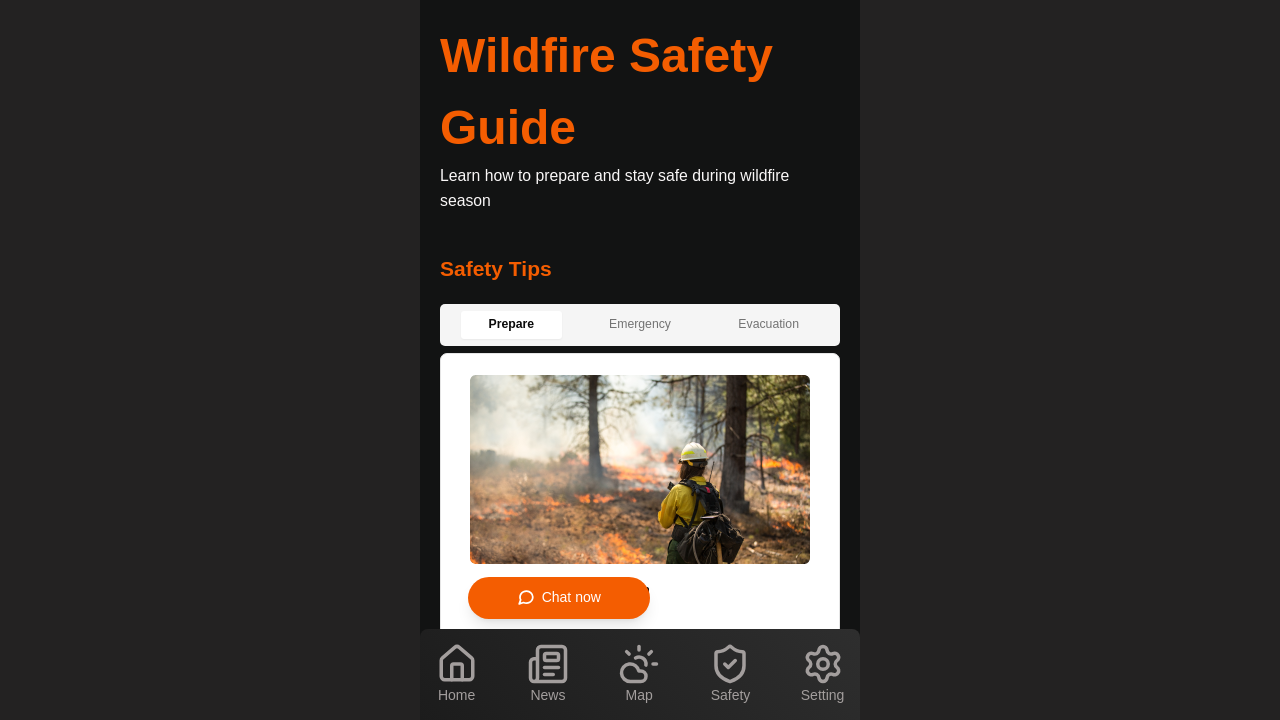
Repository: BCITKevin/Flare_IDSP
Page: /safety
An editor plug-in stored every save of this project. The page is shown before and after the next save, followed by the edit.
The browser window is 1280 px wide. The pictures show the whole page.
An inner scrolling area shows only its first screen. Some web fonts or font styles are not loaded; a fallback is used. The project was rebuilt for these pictures with package versions that can differ from the ones it lists, and the page was loaded fresh each time. The framework's server and built-in components were replaced by stand-ins that run in the browser. Also part of the build but not shown: next.config.js, next.config.mjs.

Above is the page before, as saved 2024-11-30 03:45:01.

### src/app/layout.tsx
import type { Metadata } from "next";
import Script from 'next/script';
import "./globals.css";
import { BrowserRouter } from "react-router-dom";

export const metadata: Metadata = {
  title: "Flare",
  description: "Flare is disaster response platform.",
  manifest: "/manifest.json",
};

export default function RootLayout({
  children,
}: Readonly<{
  children: React.ReactNode;
}>) {
  return (
    <html lang="en">
        <head>
          <link rel="manifest" href="/manifest.json" />
          <link rel="icon" href="/favicon.ico" />
          <link rel="apple-touch-icon" href="/images/logo-192x192.png" />
          <link
            rel="stylesheet"
            href="https://cdnjs.cloudflare.com/ajax/libs/leaflet/1.9.4/leaflet.min.css"
            crossOrigin=""
          />
        </head>
        <body
          className={`antialiased`}
        >
          {children}
          <Script
            src="https://cdnjs.cloudflare.com/ajax/libs/leaflet/1.9.4/leaflet.min.js"
            strategy="beforeInteractive"
            crossOrigin=""
          />
        </body>
    </html>
  );
}

### src/app/safety/page.tsx
'use client';

import { Tabs, TabsContent, TabsList, TabsTrigger } from "@/components/ui/tabs";
import {
    Card,
    CardContent,
    // CardDescription,
    // CardFooter,
    CardHeader,
    // CardTitle,
} from "@/components/ui/card"
import styles from "./safety.module.css"
import { Backpack, Map, Flag } from "lucide-react";
import prepareHero from "../public/images/prepareHero.png"
import evacHero from "../public/images/EvacHero.png"
import emergencyHero from "../public/images/EmergencyHero.png"
import BottomNavBar from "@/components/BottomNavBar/BottomNavBar";
import React from "react";

import { useState } from "react";
import Image from "next/image";

type Message = {
    text: string;
    sender: string;
};

// Card can be reformatted into a reusable component

export default function Safety() {
    const [showChat, setShowChat] = useState(false);
    const [activeTab, setActiveTab] = useState('Prepare');
    const [prevMsg, setMsg] = useState<Message[]>([
        { text: "Hello! Is there anything about wildfires I could help you with today?", sender: 'bot' },
    ]);


    async function handleSubmit(e: React.FormEvent<HTMLFormElement>) {
        e.preventDefault()

        try {
            const message = (document.querySelector('#message') as HTMLInputElement)?.value;
            (document.querySelector('#message') as HTMLInputElement).value = '';

            console.log(message);
            setMsg((prevMsg) => [...prevMsg, { text: message, sender: 'user' }]);

            const res = await fetch('/api/safety', {
                method: 'POST',
                headers: {
                    'Content-Type': 'application/json',
                },
                body: JSON.stringify({ message }),
            });

            if (!res.ok) {
                console.error();
                throw new Error('OOPS, SOMETHIN WRONG WITH BOT');
            }
            const data = await res.json();

            const botResponse = data.chat.content || "Sorry, I can't process your request. Please try again";

            setMsg((prevMsg) => [...prevMsg, { text: botResponse, sender: 'bot' }]);

            console.log('from gpt: ', botResponse);
        }
        catch (err) {
            console.error(err);
        }
    }

    const prepareText = `
    <strong>Stay informed:</strong> It’s crucial to stay updated on emergency alerts and evacuation orders issued by local authorities. Regularly check with Flare and turn on notifications and stay updated with the news. These alerts provide critical information about wildfire locations, safe zones, and road closures.
    <br><br>
    <strong>Assemble an emergency kit:</strong> Include:
    <ul>
        <li>- First aid supplies, such as bandages, antiseptics, and pain relievers.</li>
        <li>- Enough non-perishable food and water to sustain your household for at least 3 days.</li>
        <li>- Flashlights with spare batteries, a multi-tool, a whistle for signaling, and a fire extinguisher.</li>
        <li>- Personal hygiene items, blankets, and clothing suitable for various weather conditions.</li>
    </ul>
    <br>
    <strong>Follow evacuation routes:</strong> Use the safest, predefined routes recommended by local authorities. Avoid unfamiliar roads that could be blocked or unsafe. Always have a physical map in case of GPS or mobile network failure.
    <br><br>
    <strong>Leave as early as possible:</strong> Don’t wait until the last moment to evacuate. Early action reduces risks and allows emergency responders to focus on critical areas. Traffic congestion and panic during last-minute evacuations can pose additional dangers.
    <br><br>
    <strong>Assist neighbors if possible:</strong> Check on those in your community who may need help, especially the elderly, people with disabilities, or families without transportation. Offer support by carpooling or sharing resources.
    <br><br>
    <strong>Keep your vehicle ready:</strong> Ensure your vehicle is in good condition with a full gas tank. Keep the keys easily accessible, park the car facing outward for a quick exit, and load essential items in advance to save time during an emergency.
    <br><br>
    <strong>Practice your evacuation plan:</strong> Conduct regular drills with your household to ensure everyone knows their roles and responsibilities. Familiarity with the process can reduce stress and confusion during an actual emergency.
    <br><br>
    <strong>Create a defensible space around your home:</strong> Clear dry leaves, branches, and other flammable materials at least 30 feet from your home. Trim tree branches to a height of at least 6 feet to prevent fire from climbing. Regularly maintain gutters and roofs by removing debris. Store firewood and other combustible items far from structures.
    <br><br>
    `;


    const emergencyText = `
    <strong>If you are in danger, contact emergency services immediately:</strong> Dial the emergency hotline 911 if your safety is compromised. Or  call 1 800 663-5555 toll-free or <strong>*5555</strong> on a cellphone to report a wildfire. Clearly state your location and the nature of the emergency to ensure responders can locate you quickly. Avoid using the line for non-critical updates to keep it free for those in immediate need.
    <br><br>
    <strong>Stay inside if safe:</strong> If evacuation is not possible, shelter in place in a safe room. Select an area with minimal windows and external doors, preferably one located at the center of your home or on the opposite side of the fire’s path. Keep the space stocked with basic necessities, including water, flashlights, and communication devices.
    <br><br>
    <strong>Block air entry:</strong> Use duct tape, wet towels, or other materials to seal gaps around doors and windows to prevent smoke infiltration. Shut off HVAC systems and close vents to further limit the entry of hazardous air.
    <br><br>
    <strong>Listen to official information:</strong> Stay tuned to updates from local authorities via radio, mobile apps, or reliable online sources. Avoid spreading or acting on unverified information that may cause unnecessary panic.
    <br><br>
    <strong>Use face coverings:</strong> If you need to go outside or smoke enters your shelter, use wet towels, bandanas, or certified N95 masks to filter harmful particles. This is especially important for individuals with respiratory issues, the elderly, and young children.
    <br><br>
    <strong>Stay hydrated:</strong> Drink plenty of water to combat dehydration caused by heat and smoke inhalation. Avoid alcohol or caffeinated drinks, which can exacerbate dehydration. If possible, keep oral rehydration salts or electrolyte drinks on hand.
    <br><br>
    <strong>Be prepared for power outages:</strong> Wildfires may disrupt electricity. Keep flashlights, extra batteries, and a manual crank radio available. Charge your devices in advance and consider using portable power banks.
    <br><br>
    <strong>Plan for communication:</strong> If mobile networks are down, use walkie-talkies or pre-established signals with neighbors and family to communicate effectively.
    <br><br>
    <strong>Protect pets and livestock:</strong> Keep your pets in a secure area with food and water. If possible, move livestock to open areas far from fire hazards.
    <br><br>
    <strong>Monitor air quality:</strong> Use air purifiers indoors if available and check air quality levels through official channels to minimize smoke-related health risks.
    `;


    const evacuationText = `
    <strong>Develop a family emergency plan:</strong> Create a detailed emergency plan that includes designated meeting spots, multiple communication strategies, and escape routes for different scenarios. Assign responsibilities to each family member and rehearse the plan frequently to ensure everyone is prepared.
    <br><br>
    <strong>Prepare to leave immediately:</strong>
    - Ensure you have gathered all essential items ahead of time to avoid delays. These include:
    <br><br>
    <ul>
        <li>- <strong>Medications</strong>, including prescription drugs and a basic first aid kit for minor injuries.</li>
        <li>- <strong>Important documents</strong>, such as government-issued IDs, insurance papers, property deeds, and emergency contact information.</li>
        <li>- Your <strong>emergency kit</strong> as outlined in the prepare section</li>
        <li>- Personal items like clothing, toiletries, and any essential supplies for infants, pets, or elderly family members.</li>
    </ul>
    <br>
    <strong>Keep important documents ready:</strong> Store essential documents like birth certificates, passports, medical records, and insurance policies in a waterproof, fireproof safe. Back up digital copies to cloud storage or an external hard drive.
    <br><br>
    <strong>Know your local risk level:</strong> Familiarize yourself with wildfire risks in your area by consulting local government websites and fire risk maps. Participate in community evacuation drills to understand the best practices and routes in case of an emergency.
    <br><br>
    <strong>Sign up for emergency alerts:</strong> Subscribe to wildfire and weather warning systems offered by local authorities.
    <br><br>
    <strong>Invest in fire-resistant building materials:</strong> Upgrade your home with fire-resistant roofing, siding, and windows. Install ember-resistant vents to prevent sparks from entering your home.
    <br><br>
    <strong>Prepare your vehicle:</strong> Keep your car in good working condition, with a full gas tank and an emergency kit inside. Include maps, a spare tire, tools, and extra supplies to ensure mobility during an evacuation.
    <br><br>
    <strong>Coordinate with your neighbors:</strong> Work together with your community to create a wildfire response plan. Share resources, such as tools and safety tips, to enhance collective preparedness.
    <br><br>
    <strong>Learn fire suppression techniques:</strong> Take basic training on how to use a fire extinguisher and other suppression tools effectively. Know when to evacuate instead of attempting to combat the fire yourself.
    <br><br>
    <strong>Advocate for local safety measures:</strong> Encourage local governments to implement wildfire prevention strategies, such as controlled burns, community fuel breaks, and infrastructure upgrades.
    `;




    return (
        <body className="min-h-screen overflow-y-auto">
            <div className="safetyLayout h-full overflow-y-auto mb-44">
                <div className={`mb-12 ${styles.safetyHeading}`}>
                    <h1>
                        Wildfire Safety Guide
                    </h1>
                    <p className={`${styles.whiteText} text-lg `}>
                        Learn how to prepare and stay safe during wildfire season
                    </p>
                </div>
                {/* <Card className="p-5 mt-3 transition-all duration-300 hover:shadow-lg border-l-4 border-l-orange-500">
                    <CardHeader className="p-0 mb-3">
                        <div className="flex items-center gap-2">
                            <strong className={`${styles.articleBody} text-lg`}>
                                Based on your Location and Recent Weather
                            </strong>
                        </div>
                    </CardHeader>
                    <CardContent className="p-0">
                        <div className="flex flex-col gap-2">
                            <p className={`${styles.articleBody} leading-relaxed`}>
                                Consider bringing:
                            </p>
                            <ul className="list-disc ml-5 space-y-1">
                                <li className={styles.articleBody}>Extra water (1 gallon per person)</li>
                                <li className={styles.articleBody}>Cooling towels</li>
                                <li className={styles.articleBody}>Sun protection (hat, sunscreen)</li>
                            </ul>
                        </div>
                    </CardContent>
                </Card> */}
                <div className={`${styles.safetyHeading} mb-6 mt-6`}>
                    <h3 className="text-2xl font-bold">
                        Safety Tips
                    </h3>
                </div>
                <div className="mt-2">
                <Tabs defaultValue="Prepare" className="w-full flex flex-col" onValueChange={setActiveTab}>
                        <TabsList className="space-x-8 p-6">
                            <TabsTrigger value="Prepare" className={`w-full ${activeTab === 'Prepare' ? styles.activeTab : ''}`}>Prepare</TabsTrigger>
                            <TabsTrigger value="Emergency" className={`w-full ${activeTab === 'Emergency' ? styles.activeTab : ''}`}>Emergency</TabsTrigger>
                            <TabsTrigger value="Evacuation" className={`w-full ${activeTab === 'Evacuation' ? styles.activeTab : ''}`}>Evacuation</TabsTrigger>
                        </TabsList>
                        <TabsContent value="Prepare">
                            <Card className={`${styles.card} p-6 flex flex-col items-center mb-24`}>
                                <Image src={prepareHero} width={340} height={189} alt="a rescue worker looking towards a wildfire" />
                                <Flag color="black" className="m-6" />
                                <p dangerouslySetInnerHTML={{ __html: prepareText }} className={styles.articleBody} />
                            </Card>
                        </TabsContent>
                        <TabsContent value="Emergency">
                            <Card className={`${styles.card} p-6 flex flex-col items-center mb-24`}>
                                <Image src={emergencyHero} width={340} height={189} alt="a rescue worker looking towards a wildfire" />
                                <Backpack color="black" className="m-6" />
                                <p dangerouslySetInnerHTML={{ __html: emergencyText }} className={styles.articleBody} />
                            </Card>
                        </TabsContent>
                        <TabsContent value="Evacuation">
                            <Card className={`${styles.card} p-6 flex flex-col items-center mb-24`}>
                                <Image src={evacHero} width={340} height={189} alt="a rescue worker looking towards a wildfire" />
                                <Map color="black" className="m-6" />
                                <p dangerouslySetInnerHTML={{ __html: evacuationText }} className={styles.articleBody} />
                            </Card>
                        </TabsContent>
                    </Tabs>
                </div>
                {showChat ? (
                    <>
                        <div className="justify-center items-center flex overflow-x-hidden overflow-y-auto fixed inset-0 z-50 outline-none focus:outline-none">
                            <div className="relative w-full h-full mx-auto max-w-3xl px-4 pt-6 pb-24">
                                <div className="border-0 rounded-lg shadow-lg relative flex flex-col w-full h-full bg-white outline-none focus:outline-none">
                                    {/* Header */}
                                    <div className="flex items-center justify-between p-4 border-b border-solid border-gray-200">
                                        <h3 className="text-lg font-semibold text-gray-900">Flare Assistant</h3>
                                        <button
                                            className="p-1 ml-auto border-0 text-black float-right text-3xl leading-none font-semibold"
                                            onClick={() => setShowChat(false)}
                                        >
                                            ×
                                        </button>
                                    </div>

                                    {/* Chat Messages */}
                                    <div className="relative p-4 flex-auto overflow-y-auto">
                                        {prevMsg.map((msg, i) => (
                                            <div key={i} className={`flex ${msg.sender === 'user' ? 'justify-end' : 'justify-start'} mb-4`}>
                                                <div className={`rounded-lg px-4 py-2 max-w-[80%] ${
                                                    msg.sender === 'user'
                                                    ? 'bg-[var(--orange)] text-white'
                                                    : 'bg-gray-100 text-gray-800'
                                                }`}>
                                                    {msg.text}
                                                </div>
                                            </div>
                                        ))}
                                    </div>

                                    {/* Input Form */}
                                    <div className="border-t border-solid border-gray-200 p-4">
                                        <form onSubmit={handleSubmit} className="flex gap-2">
                                            <input
                                                type="text"
                                                id="message"
                                                placeholder="Type your message..."
                                                className="flex-grow px-4 py-2 border border-gray-300 rounded-full focus:outline-none focus:border-[var(--orange)]"
                                            />
                                            <button
                                                type="submit"
                                                className="bg-[var(--orange)] text-white rounded-full px-6 py-2"
                                            >
                                                Send
                                            </button>
                                        </form>
                                    </div>
                                </div>
                            </div>
                        </div>
                        <div className="opacity-25 fixed inset-0 z-40 bg-black"></div>
                    </>
                ) : null}
                <div className="flex flex-col fixed bottom-24 rounded-md px-6 py-3 m-2 items-center gap-4 transition-all duration-300">
                    {/* <div>
                        <span className="flex justify-center text-white ">Flare Assistant</span>
                        <p className="text-white text-base">Ask us about how you can stay safe</p>
                    </div> */}
                    <button
                        className="flex justify-center bg-[var(--orange)] text-white rounded-full shadow-lg transition-all duration-300 flex items-center gap-2 px-4 py-2 w-3/4 hover:border-2 hover:border-white box-border w-52 h-12"
                        onClick={() => setShowChat(true)}
                    >
                        <img src="/icons/message-circle.svg" alt="chatbot icon" className="w-5 h-5 filter invert brightness-0" />
                        <span>Chat now</span>
                    </button>
                </div>
            </div>
            <BottomNavBar />
        </body>
    )
}

### src/components/ui/card.tsx
import * as React from "react"

import { cn } from "@/lib/utils"

const Card = React.forwardRef<
  HTMLDivElement,
  React.HTMLAttributes<HTMLDivElement>
>(({ className, ...props }, ref) => (
  <div
    ref={ref}
    className={cn(
      "rounded-lg border border-neutral-200 bg-white text-neutral-950 shadow-sm dark:border-neutral-800 dark:bg-neutral-950 dark:text-neutral-50",
      className
    )}
    {...props}
  />
))
Card.displayName = "Card"

const CardHeader = React.forwardRef<
  HTMLDivElement,
  React.HTMLAttributes<HTMLDivElement>
>(({ className, ...props }, ref) => (
  <div
    ref={ref}
    className={cn("flex flex-col space-y-1.5", className)}
    {...props}
  />
))
CardHeader.displayName = "CardHeader"

const CardTitle = React.forwardRef<
  HTMLParagraphElement,
  React.HTMLAttributes<HTMLHeadingElement>
>(({ className, ...props }, ref) => (
  <h3
    ref={ref}
    className={cn(
      "text-2xl font-semibold leading-none tracking-tight",
      className
    )}
    {...props}
  />
))
CardTitle.displayName = "CardTitle"

const CardDescription = React.forwardRef<
  HTMLParagraphElement,
  React.HTMLAttributes<HTMLParagraphElement>
>(({ className, ...props }, ref) => (
  <p
    ref={ref}
    className={cn("text-sm text-neutral-500 dark:text-neutral-400", className)}
    {...props}
  />
))
CardDescription.displayName = "CardDescription"

const CardContent = React.forwardRef<
  HTMLDivElement,
  React.HTMLAttributes<HTMLDivElement>
>(({ className, ...props }, ref) => (
  <div ref={ref} className={cn("pt-6", className)} {...props} />
))
CardContent.displayName = "CardContent"

const CardFooter = React.forwardRef<
  HTMLDivElement,
  React.HTMLAttributes<HTMLDivElement>
>(({ className, ...props }, ref) => (
  <div
    ref={ref}
    className={cn("flex items-center pt-6", className)}
    {...props}
  />
))
CardFooter.displayName = "CardFooter"

export { Card, CardHeader, CardFooter, CardTitle, CardDescription, CardContent }

### src/app/safety/safety.module.css

.safetyHeading {
    color: var(--orange);
}

.articleBody {
    color: var(--black);
}

.articleBody *{
    color: var(--black);
}

.whiteText {
    color: var(--white);
}

.activeTab {
    box-shadow: 0 4px 6px rgba(0,0,0, 0.3);
    font-weight: bold;
    transition: ease-in-out 0.2s;
}

@media only screen and (max-width: 600px) {
    .appLayout {
      overflow-y: scroll;
      padding-bottom: 8rem;
  }
}

### src/components/BottomNavBar/BottomNavBar.module.css
.navContainer {
  position: fixed;
  bottom: 0;
  width: 440px;

  display: flex;
  align-items: flex-end;
  gap: 18px;
  justify-content: space-around;

  color: var(--l-grey);
  border-radius: 8px 8px 0 0;
  background: linear-gradient(45deg, #1c1c1c 0.25%, #2e2e2e 99.75%);
}

.navIcon {
  display: flex;
  flex-direction: column;
  align-items: center;
  transition: color 0.3s, transform 0.3s, background-color 0.3s;
  padding: 1rem 12px;
  border-radius: 8px;
}

.navIcon:hover {
  color: #000000;
  transform: translateY(-2px);

  background-color: var(--white);
}

.active {
  color: grey; /* 활성화 시 색상 */
  transform: scale(1.1);
  background-color: #2b2b2b;
}

Loaded but not shown: src/lib/utils.ts (common file); src/app/globals.css (310 lines, source omitted); src/components/BottomNavBar/BottomNavBar.jsx (106 lines, source omitted); tailwind.config.ts (96 lines, source omitted); src/components/ui/tabs.tsx (55 lines, source omitted)

After the next save:
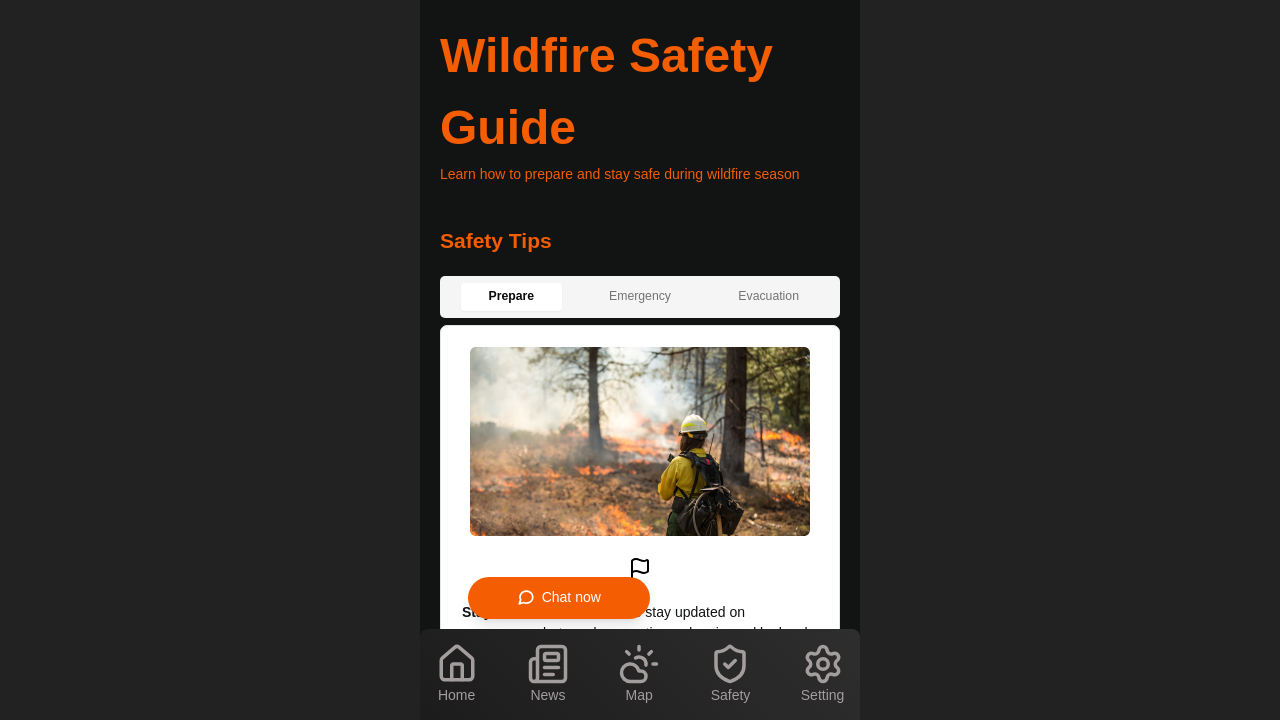
Saved 53 s later.
--- a/src/app/safety/page.tsx
+++ b/src/app/safety/page.tsx
@@ -159,7 +159,7 @@
                     <h1>
                         Wildfire Safety Guide
                     </h1>
-                    <p className={`${styles.whiteText} text-lg `}>
+                    <p>
                         Learn how to prepare and stay safe during wildfire season
                     </p>
                 </div>
